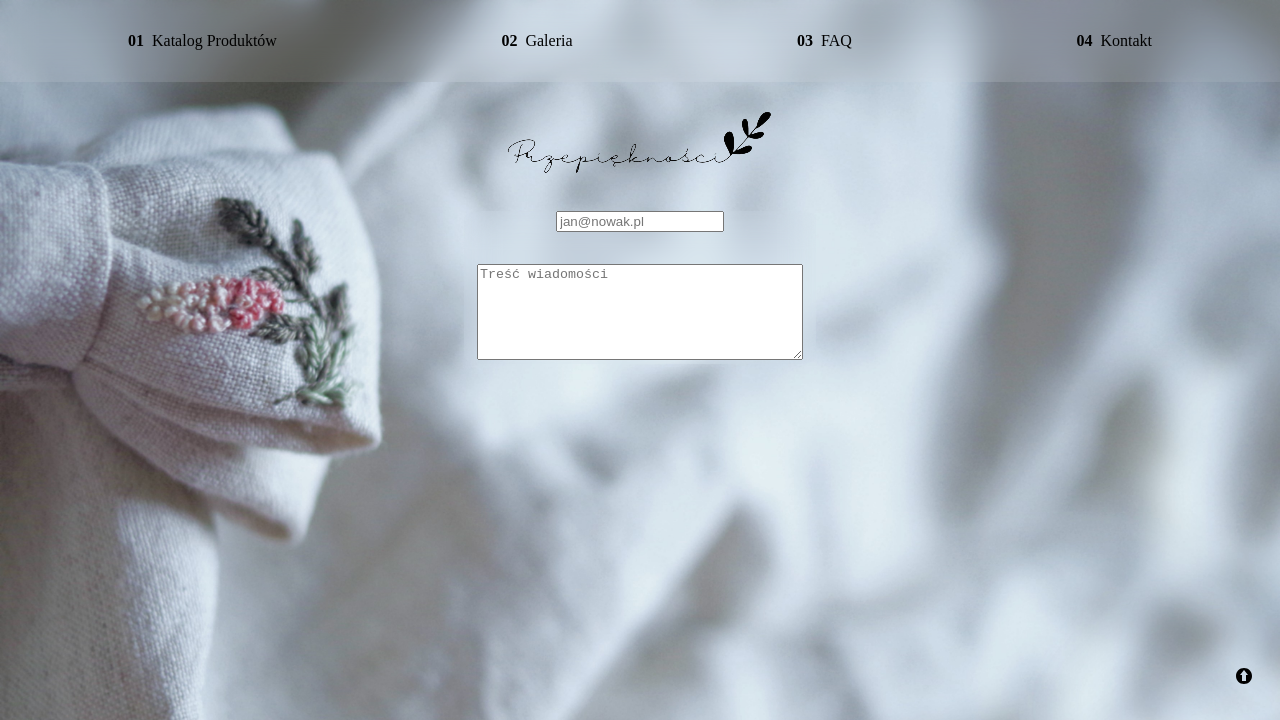
Repository: kowalkos/Rak_projekt
Page: /about
The author's editor kept a copy of each file at every save. The page is drawn from the files as they stood at one save, then again after the next save.
The browser window is 1280 px wide. The pictures show the whole page.
The project was rebuilt for these pictures with package versions that can differ from the ones it lists, and the page was loaded fresh each time. Also part of the build but not shown: src/components/produkty/Produkt.css, src/components/produkty/produkt.js, src/components/galeria/Galeria.js, src/components/main/Main.js, src/components/FAQ/Faq.js.

Above is the page before, as saved 2022-01-18 21:01:22.

After the next save:
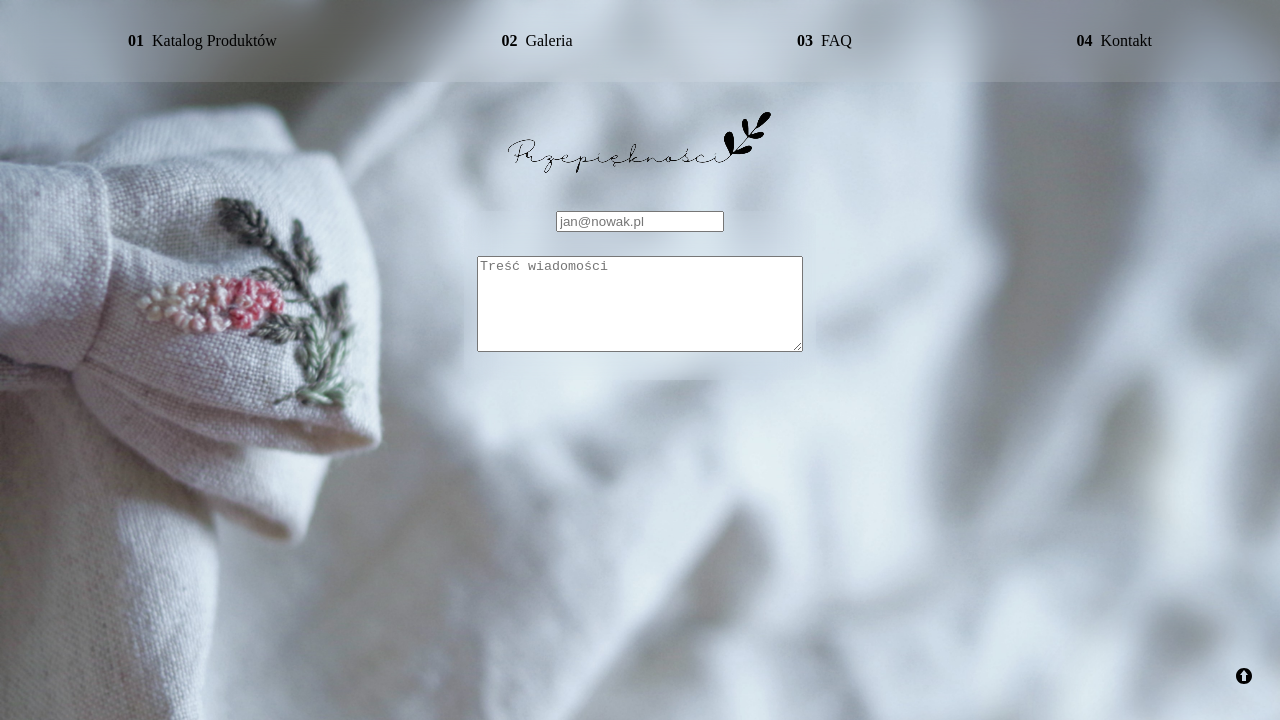
Saved 16 s later.
--- a/src/components/about/About.css
+++ b/src/components/about/About.css
@@ -13,7 +13,7 @@
 }
 .mail-text
 {
-margin-top: 2rem;
+    margin: 1.5rem auto;
    display: inline-block;
    width: 20rem;
 }
